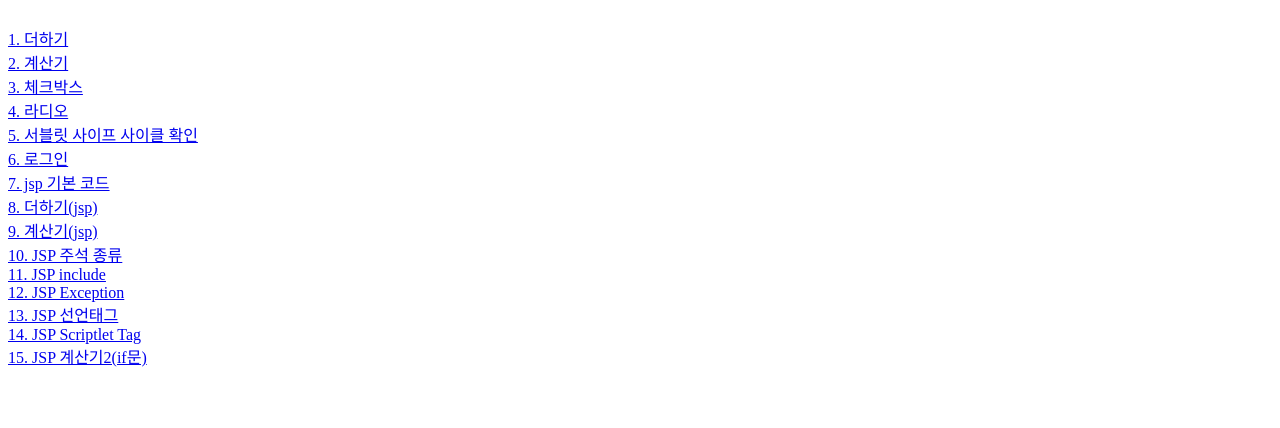
Repository: minimelody/servlet
Page: webworkspace2/web1/WebContent/index.html
These files come from the project's save history. The page is drawn as it stood at one moment and after the next save; the edit follows.
The browser window is 1280 px wide. The pictures show the whole page.

Above is the page before, as saved 2018-05-21 04:30:28.

### webworkspace2/web1/WebContent/index.html
<!DOCTYPE html>
<html>
<head>
<meta charset="UTF-8">
<title>미경의 홈페이지</title>
</head>
<body>
	<!-- jsp 공부하기 위한 목록 -->
	<br>
	<a href="views/ex1/add.html">1. 더하기</a><br>
	<a href="views/ex1/cal.html">2. 계산기</a><br>
	<a href="views/ex1/check.html">3. 체크박스</a><br>
	<a href="views/ex1/radio.html">4. 라디오</a><br>
	<a href="views/ex1/life.html">5. 서블릿 사이프 사이클 확인</a><br>
	<a href="views/ex1/login.html">6. 로그인</a><br>
	<a href="views/jsp/jspEx1.jsp">7. jsp 기본 코드</a><br>
	<a href="views/jsp/jspAdd.html">8. 더하기(jsp)</a><br>
	<a href="views/jsp/jspCal.html">9. 계산기(jsp)</a><br>
	<a href="views/jsp/jspComment.jsp">10. JSP 주석 종류</a><br>
	<a href="views/jsp/jspInclude.jsp">11. JSP include</a><br>
	<a href="views/jsp/jspException.html">12. JSP Exception</a><br>
	<a href="views/jsp/jspDeclaration.jsp">13. JSP 선언태그</a><br>
	<a href="views/jsp/jspScriptlet.html">14. JSP Scriptlet Tag</a><br>
	<a href="views/jsp/jspCal2.html">15. JSP 계산기2(if문)</a>
</body>
</html>

After the next save:
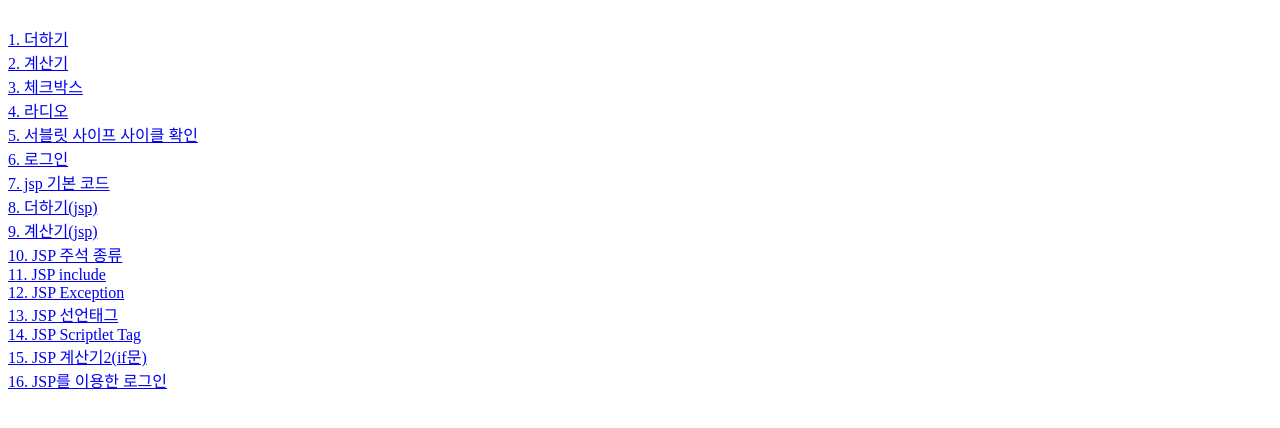
Saved 13 min 30 s later.
--- a/webworkspace2/web1/WebContent/index.html
+++ b/webworkspace2/web1/WebContent/index.html
@@ -21,6 +21,7 @@
 	<a href="views/jsp/jspException.html">12. JSP Exception</a><br>
 	<a href="views/jsp/jspDeclaration.jsp">13. JSP 선언태그</a><br>
 	<a href="views/jsp/jspScriptlet.html">14. JSP Scriptlet Tag</a><br>
-	<a href="views/jsp/jspCal2.html">15. JSP 계산기2(if문)</a>
+	<a href="views/jsp/jspCal2.html">15. JSP 계산기2(if문)</a><br>
+	<a href="views/member/login.html">16. JSP를 이용한 로그인</a>
 </body>
 </html>
